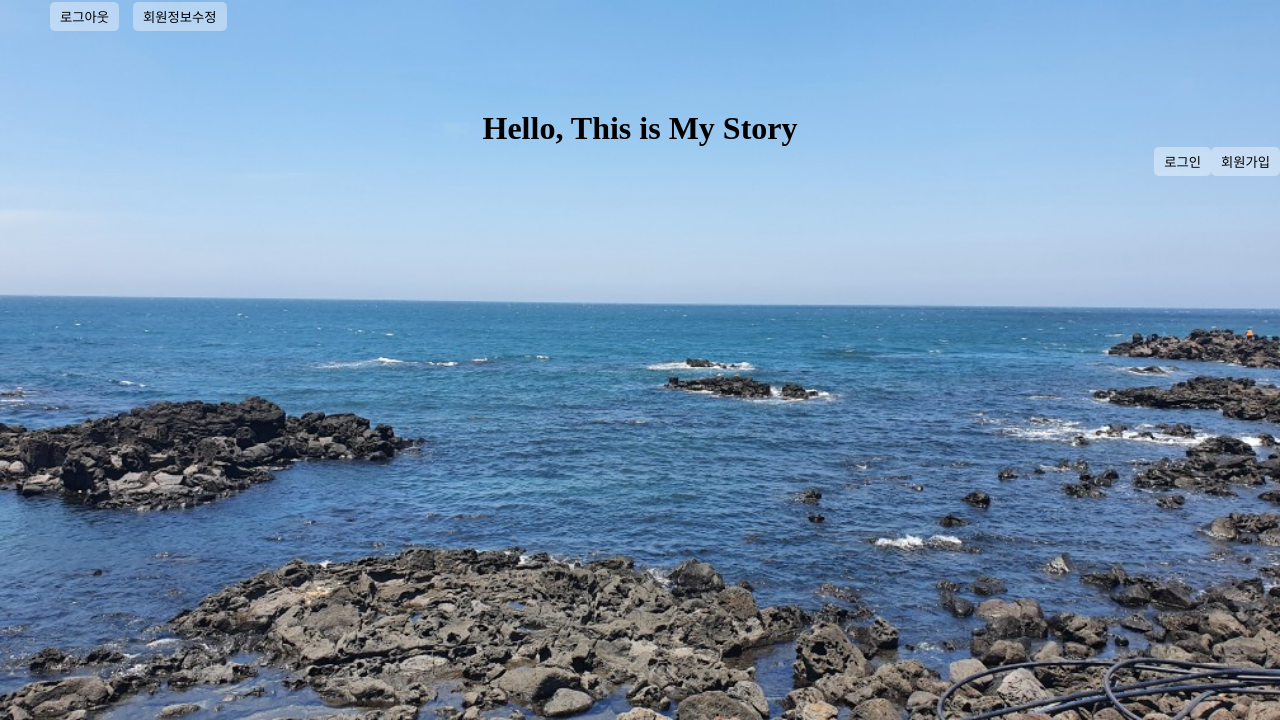
Repository: jeeniii/test2022_12_29
Page: http://localhost/portfolio/mem/login_auth
These files come from the project's save history. The page is drawn as it stood at one moment and after the next save; the edit follows.
The browser window is 1280 px wide. The pictures show the whole page.
The page is served by Tomcat 9. Queries for data that is not in the repository find no rows.

Above is the page before, as saved 2022-12-13 06:02:41.

After the next save:
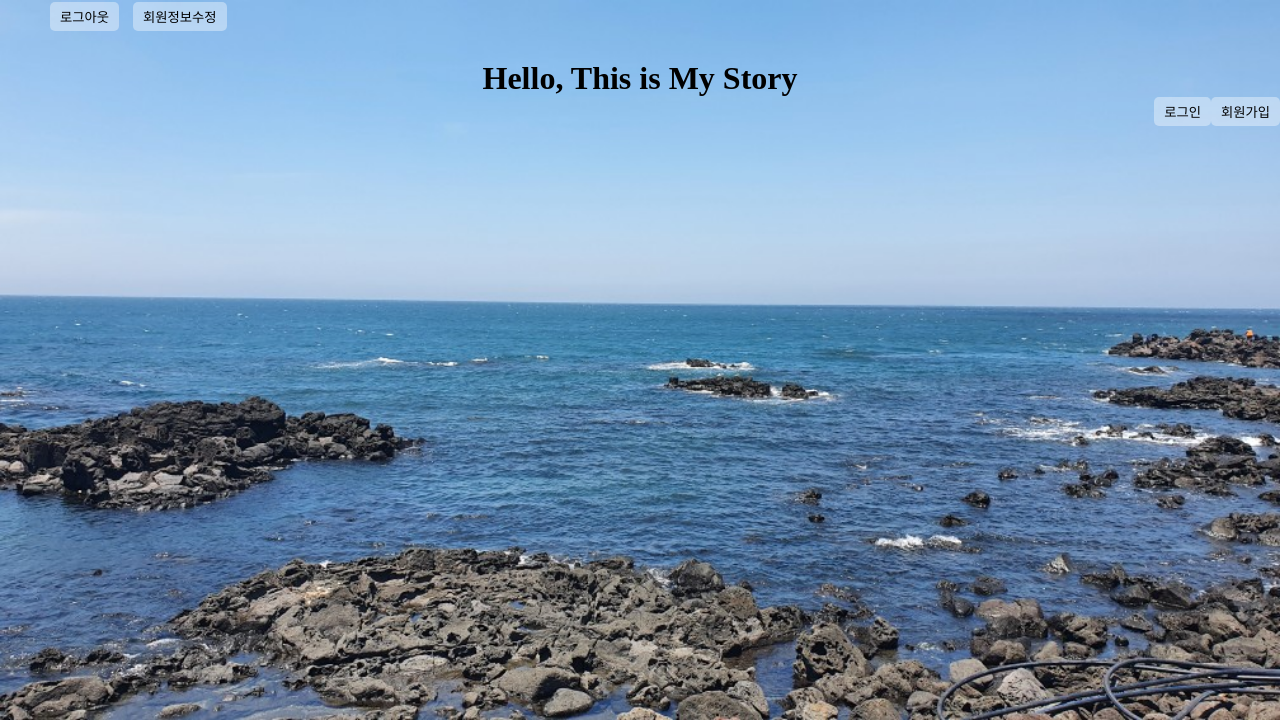
Saved 15 s later.
--- a/JSP_Portfolio/portfolio/src/main/webapp/resources/css/index.css
+++ b/JSP_Portfolio/portfolio/src/main/webapp/resources/css/index.css
@@ -12,7 +12,6 @@ body{
 	background-size: cover;
 }
 .topic{
-	margin-top:50px;
 	text-align: center;
 }
 .realHeader{
